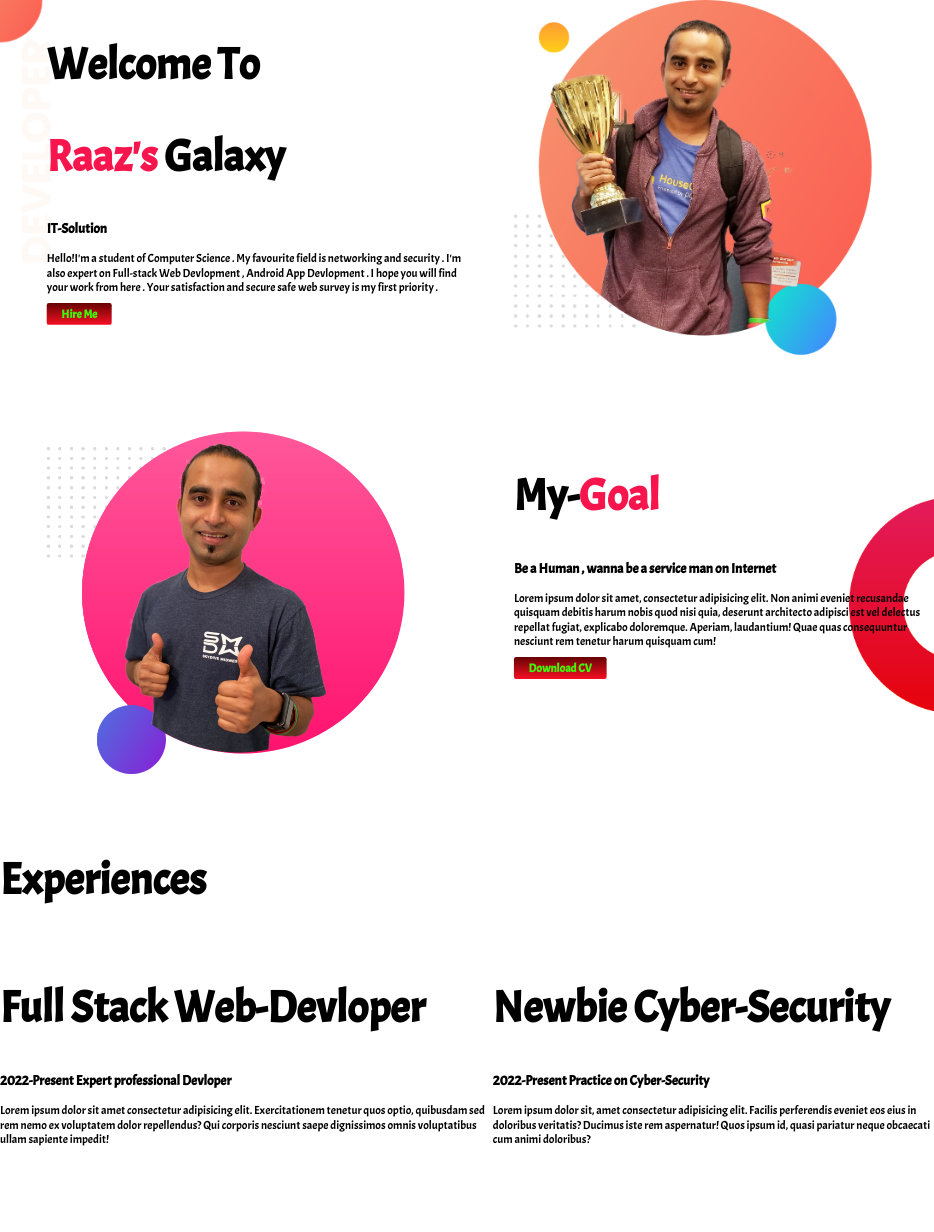
Repository: ramizraaz/my-portfolio
Page: about.html
The author's editor kept a copy of each file at every save. The page is drawn from the files as they stood at one save, then again after the next save.
The browser window is 1280 px wide. The pictures show the whole page, at 73% of full size.

Above is the page before, as saved 2022-01-18 15:51:07.

### about.html
<!DOCTYPE html>
<html lang="en">

<head>
    <meta charset="UTF-8">
    <meta http-equiv="X-UA-Compatible" content="IE=edge">
    <meta name="viewport" content="width=device-width, initial-scale=1.0">
    <title>Raaz Portfolio</title>
    <link rel="preconnect" href="https://fonts.googleapis.com">
    <link rel="preconnect" href="https://fonts.gstatic.com" crossorigin>
    <link href="https://fonts.googleapis.com/css2?family=Acme&family=Lobster&family=Permanent+Marker&display=swap" rel="stylesheet">
    <link rel="stylesheet" href="design.css">
</head>

<body>
    <section class="top flex-container">
        <div class="content">
            <h1>Welcome To</h1>
            <h1><span> Raaz's </span>Galaxy</h1>
            <h3>IT-Solution</h3>
            <p>Hello!I'm a student of Computer Science . My favourite field is networking and security . I'm also expert on Full-stack Web Devlopment , Android App Devlopment . I hope you will find your work from here . Your satisfaction and secure safe
                web survey is my first priority .</p>
            <a class="link-button" href="" target="_blank">Hire Me</a>
        </div>
        <div class="content">
            <img src="images/jhankar.png" alt="Personal Profile">
        </div>
    </section>
    <section class="middle flex-container">
        <div class="content">
            <img src="images/jhankar2.png" alt="Personal Profile">
        </div>
        <div class="content">
            <h1>My-<span id="middHeadder">Goal</span></h1>
            <h3>Be a Human , wanna be a service man on Internet</h3>
            <p>Lorem ipsum dolor sit amet, consectetur adipisicing elit. Non animi eveniet recusandae quisquam debitis harum nobis quod nisi quia, deserunt architecto adipisci est vel delectus repellat fugiat, explicabo doloremque. Aperiam, laudantium! Quae
                quas consequuntur nesciunt rem tenetur harum quisquam cum!</p>
            <a class="link-button" href="" target="_blank">Download CV</a>
        </div>
    </section>
    <section class="bottom">
        <h1>Experiences</h1>
        <div class="flex-container">
            <div class="">
                <h1>Full Stack Web-Devloper</h1>
                <h3>2022-Present Expert professional Devloper</h3>
                <p>Lorem ipsum dolor sit amet consectetur adipisicing elit. Exercitationem tenetur quos optio, quibusdam sed rem nemo ex voluptatem dolor repellendus? Qui corporis nesciunt saepe dignissimos omnis voluptatibus ullam sapiente impedit!</p>
            </div>
            <div class="">
                <h1>Newbie Cyber-Security </h1>
                <h3>2022-Present Practice on Cyber-Security</h3>
                <p>Lorem ipsum dolor sit, amet consectetur adipisicing elit. Facilis perferendis eveniet eos eius in doloribus veritatis? Ducimus iste rem aspernatur! Quos ipsum id, quasi pariatur neque obcaecati cum animi doloribus?</p>
            </div>
        </div>
    </section>
</body>

</html>

### design.css
body {
    font-family: 'Acme', sans-serif;
    margin: 0;
}

h1 {
    font-size: 60px;
}

span {
    color: rgb(247, 21, 77);
}

.flex-container {
    display: flex;
    /* Using this attribute for show photo and content flexible left right part */
    margin-bottom: 100px;
}

.content {
    width: 50%;
    /*to make 2 div 50//50 size*/
    padding-left: 5%;
}

.content img {
    width: 85%;
    /*adjusting image*/
}

.link-button {
    text-decoration: none;
    background-image: linear-gradient(rgb(102, 3, 3), #f50f22);
    padding: 5px 20px;
    border-radius: 3px;
    font-weight: 800;
    color: rgb(63, 247, 7);
}

.top {
    background-image: url(images/top-banner.png);
    background-repeat: no-repeat;
}

.middle {
    background-image: url(images/dream-bg.png);
    background-repeat: no-repeat;
    background-position: right;
}

.middHeadder {
    color: crimson;
}

After the next save:
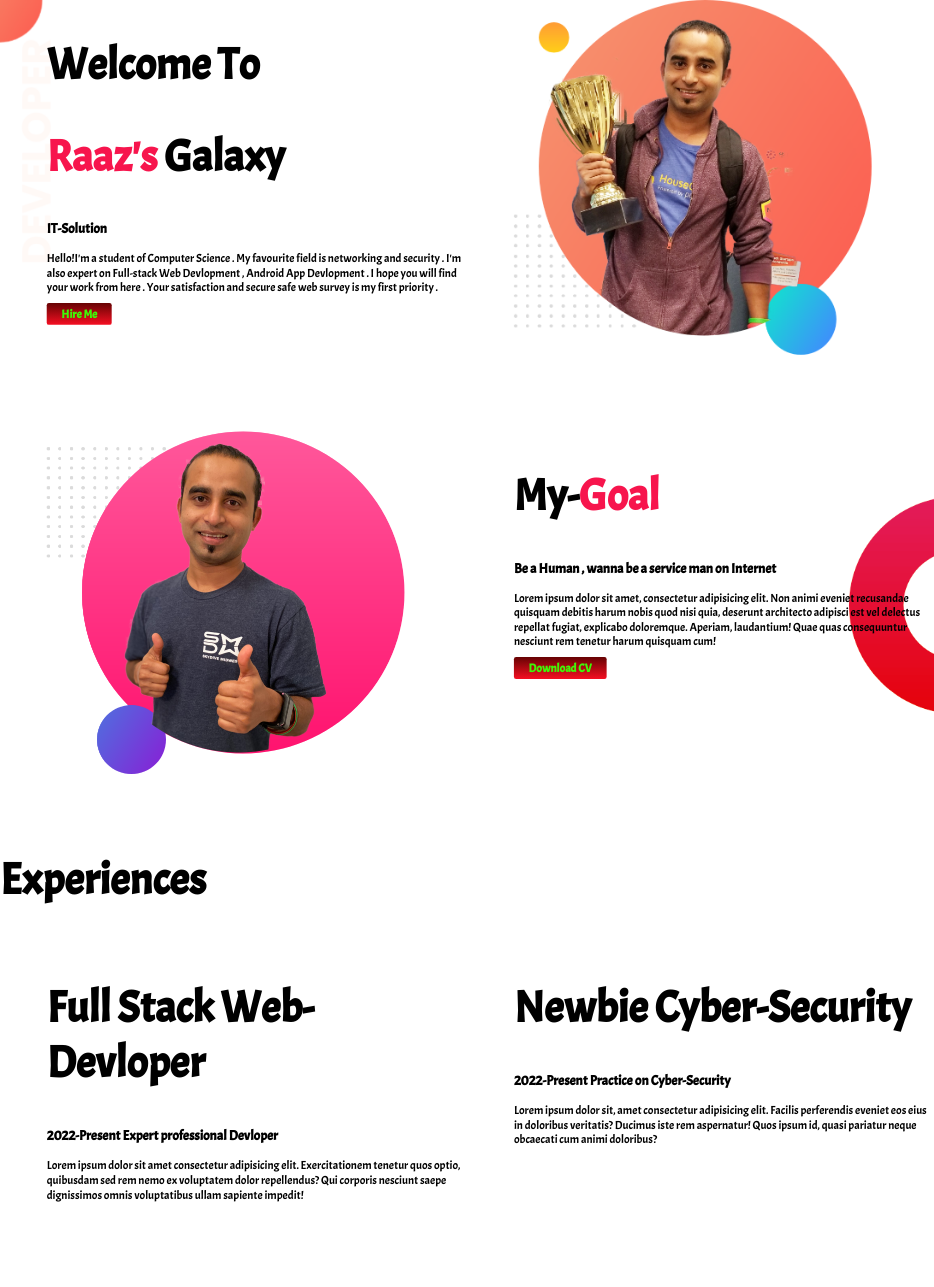
Saved 45 s later.
--- a/about.html
+++ b/about.html
@@ -41,12 +41,12 @@
     <section class="bottom">
         <h1>Experiences</h1>
         <div class="flex-container">
-            <div class="">
+            <div class="content">
                 <h1>Full Stack Web-Devloper</h1>
                 <h3>2022-Present Expert professional Devloper</h3>
                 <p>Lorem ipsum dolor sit amet consectetur adipisicing elit. Exercitationem tenetur quos optio, quibusdam sed rem nemo ex voluptatem dolor repellendus? Qui corporis nesciunt saepe dignissimos omnis voluptatibus ullam sapiente impedit!</p>
             </div>
-            <div class="">
+            <div class="content">
                 <h1>Newbie Cyber-Security </h1>
                 <h3>2022-Present Practice on Cyber-Security</h3>
                 <p>Lorem ipsum dolor sit, amet consectetur adipisicing elit. Facilis perferendis eveniet eos eius in doloribus veritatis? Ducimus iste rem aspernatur! Quos ipsum id, quasi pariatur neque obcaecati cum animi doloribus?</p>
